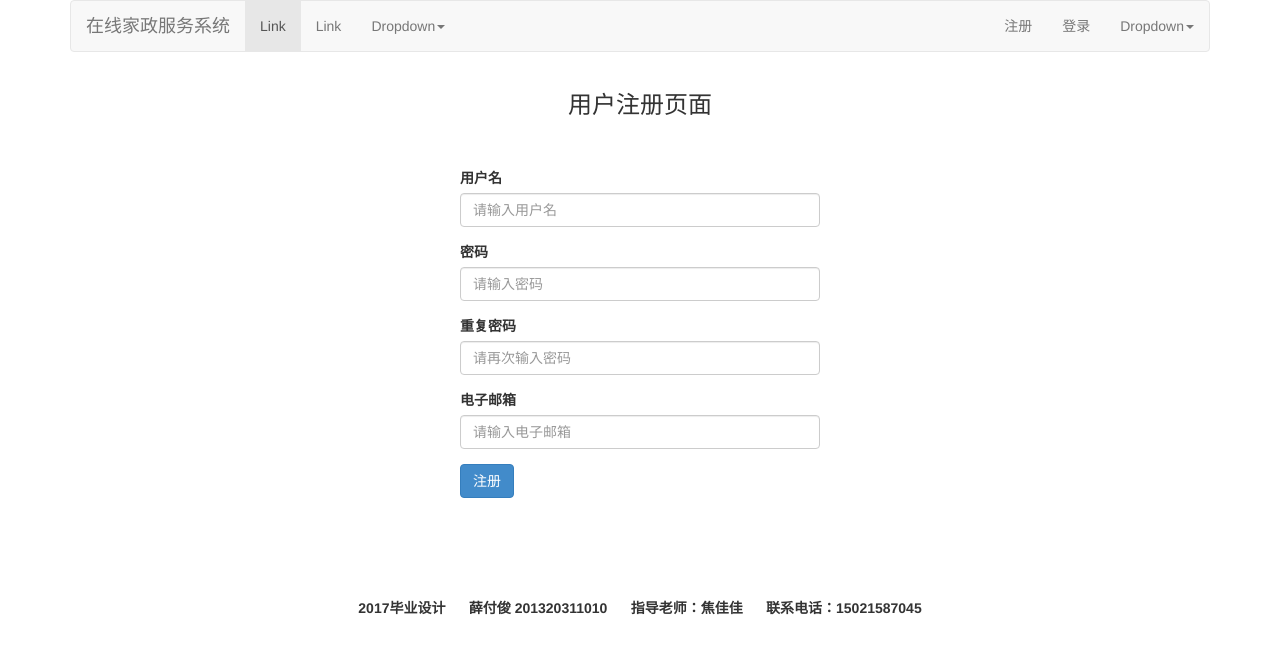
Repository: ELeonCXFJ/MyEclipseWS
Page: http://localhost/MyWeb/jsps/user/register.jsp
The author's editor kept a copy of each file at every save. The page is drawn from the files as they stood at one save, then again after the next save.
The browser window is 1280 px wide. The pictures show the whole page.
The page is served by Tomcat 9. Nobody is signed in. The application's start-up code is not run.

Above is the page before, as saved 2017-03-17 05:16:53.

After the next save:
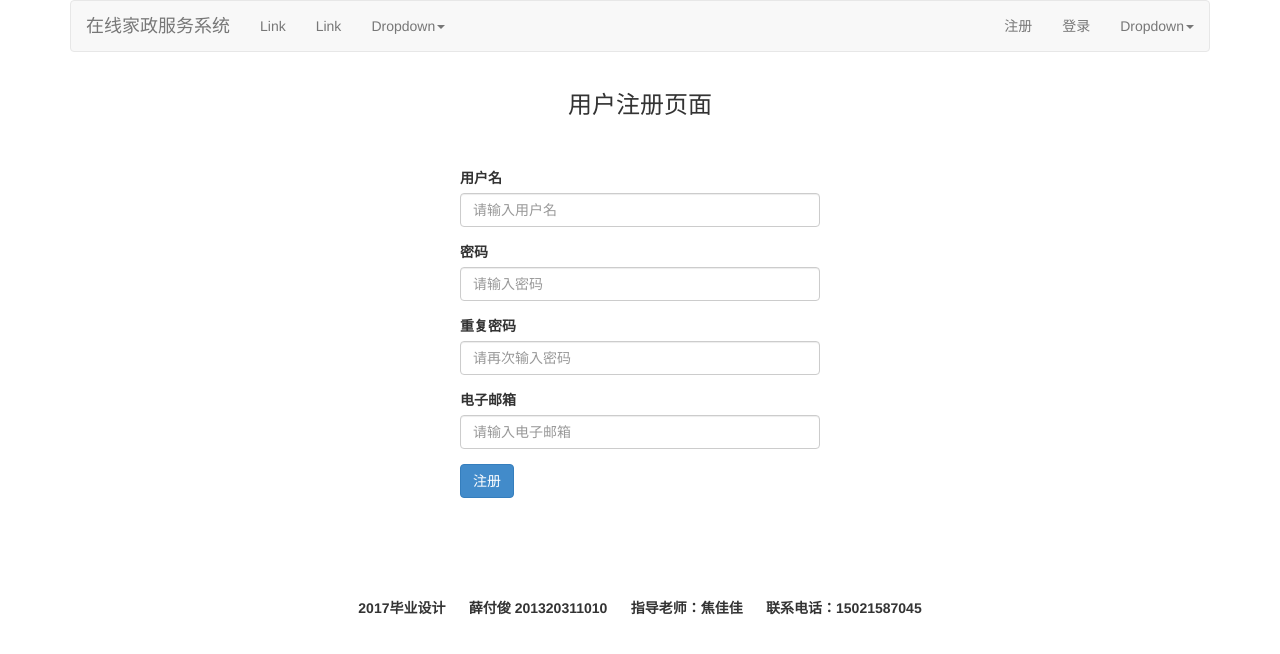
Saved 26 s later.
--- a/MyWeb/WebRoot/top.jsp
+++ b/MyWeb/WebRoot/top.jsp
@@ -18,7 +18,7 @@
 				</div>
 				<div class="collapse navbar-collapse" id="bs-example-navbar-collapse-1">
 					<ul class="nav navbar-nav">
-						<li class="active">
+						<li >
 							 <a href="#">Link</a>
 						</li>
 						<li>
